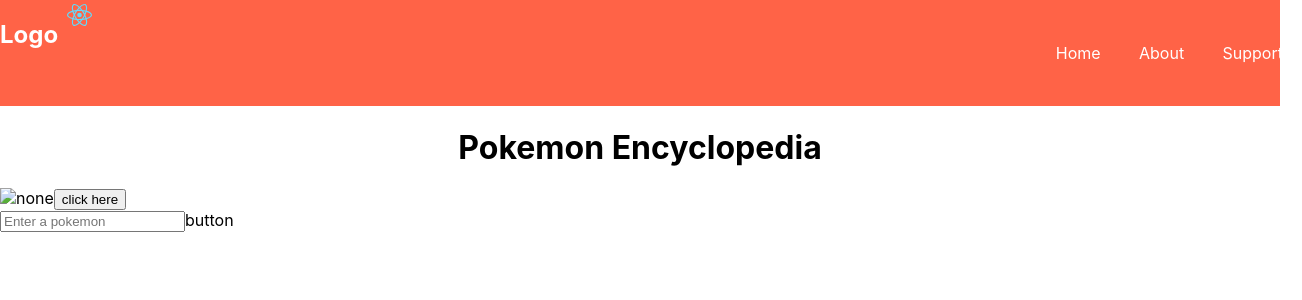
Repository: Gibberlin/pokedex
Page: /
An editor plug-in stored every save of this project. The page is shown before and after the next save, followed by the edit.
The browser window is 1280 px wide. The page is 1302 px wide, so the pictures cover 1302 px, including what lies to the right of the window. The pictures show the whole page.
The project was rebuilt for these pictures with package versions that can differ from the ones it lists, and the page was loaded fresh each time.

Above is the page before, as saved 2021-09-29 20:48:29.

After the next save:
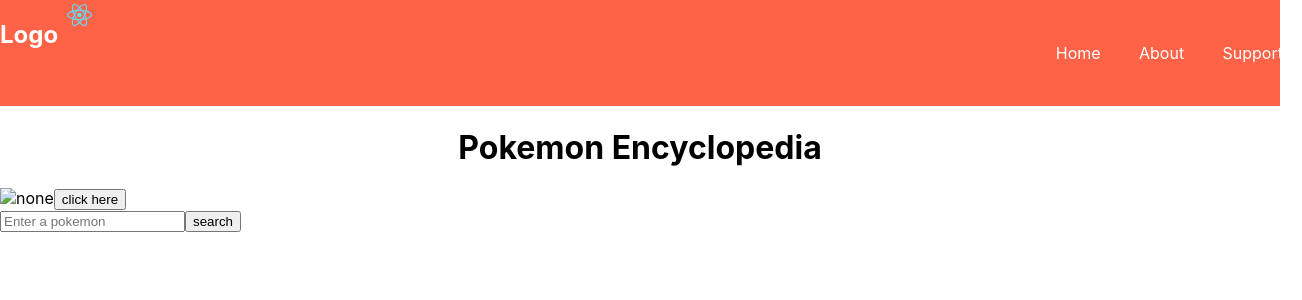
Saved 13 s later.
--- a/src/components/Cards.js
+++ b/src/components/Cards.js
@@ -29,7 +29,7 @@
             <button onClick={()=>getPoke()}>click here</button>
             <div>
             <input type="text" onChange={()=>setQuery()} placeholder="Enter a pokemon" />
-            button
+            <button>search</button>
             </div>
 
         </div>
